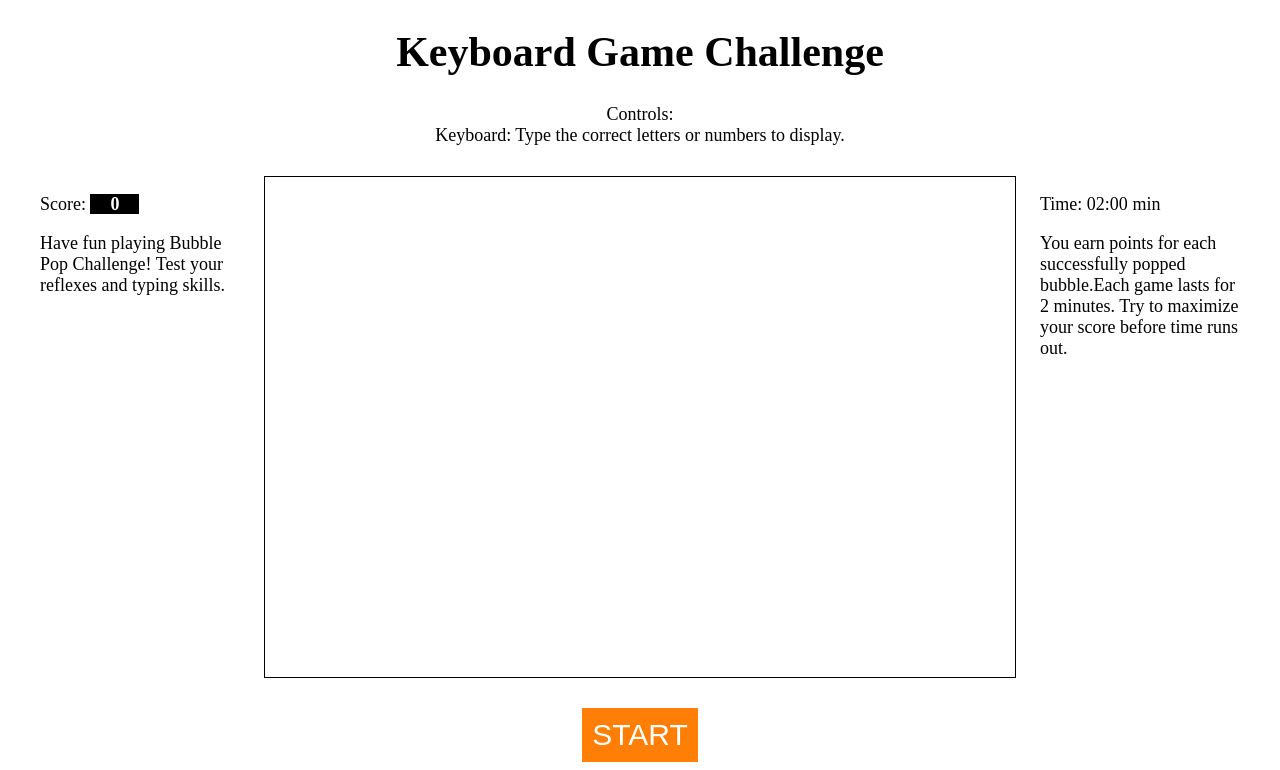
Repository: TianJunShi1/imw-2023
Page: index.html
These files come from the project's save history. The page is drawn as it stood at one moment and after the next save; the edit follows.
The browser window is 1280 px wide. The pictures show the whole page.

Above is the page before, as saved 2024-03-25 09:51:21.

After the next save:
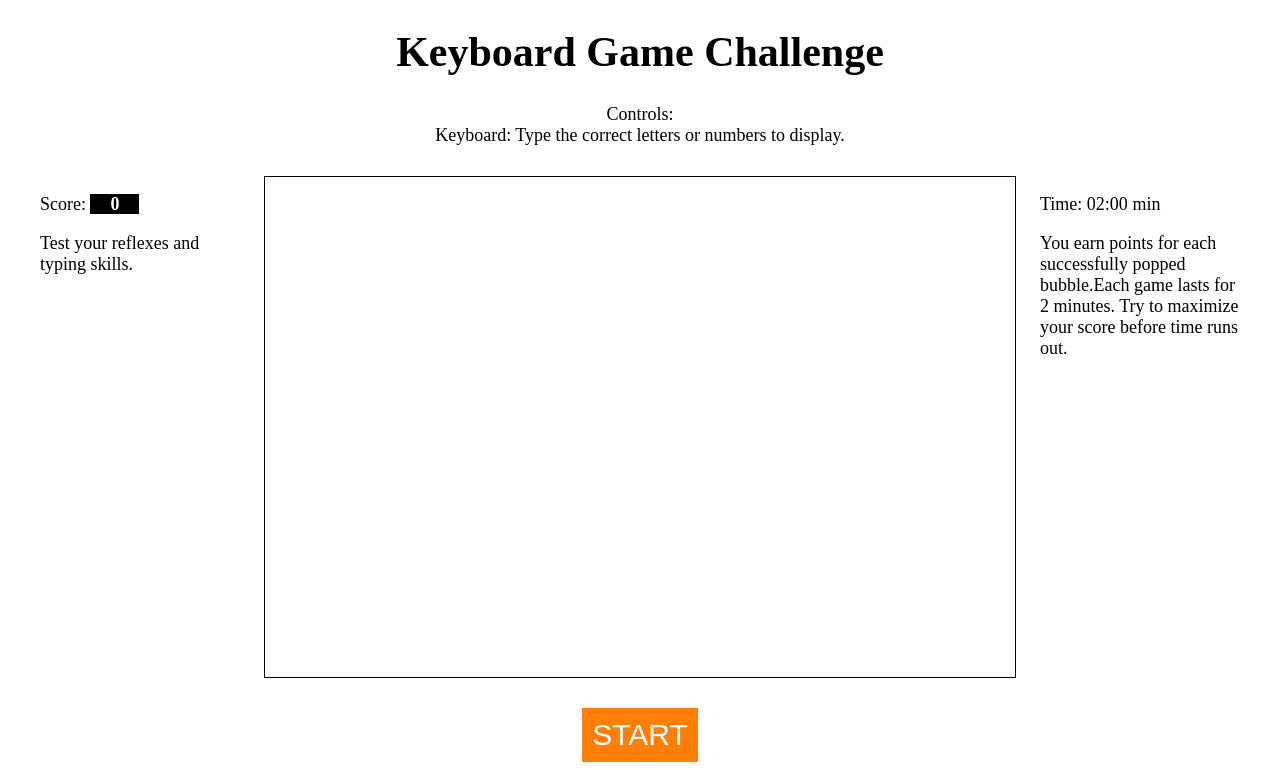
Saved 28 s later.
--- a/index.html
+++ b/index.html
@@ -78,7 +78,7 @@
     <div class="main">
       <div class="left">
         <p>Score: <span id="score">0</span></p>
-        <p>Have fun playing Bubble Pop Challenge! Test your reflexes and typing skills.</p>
+        <p>Test your reflexes and typing skills.</p>
       </div>
       <canvas id="canvasEle"></canvas>
       <div class="right">
